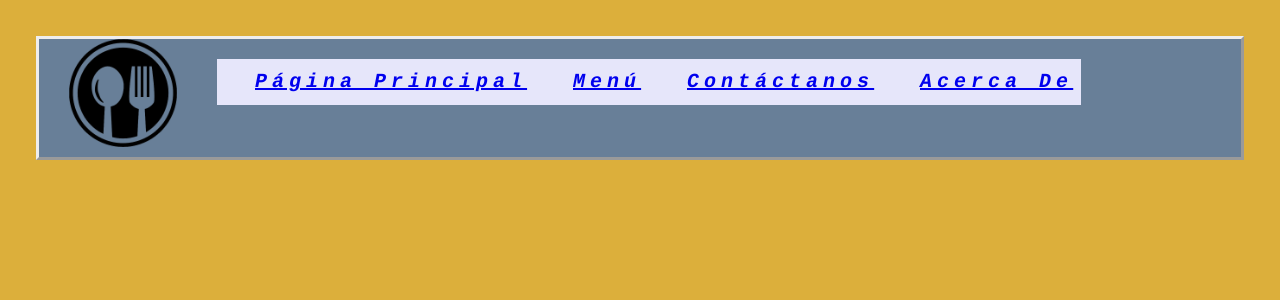
Repository: UVMCoyoacan/eq06_sitio1
Page: Carpeta docs/menu.html
The author's editor kept a copy of each file at every save. The page is drawn from the files as they stood at one save, then again after the next save.
The browser window is 1280 px wide. The pictures show the whole page.

Above is the page before, as saved 2024-03-06 12:02:46.

After the next save:
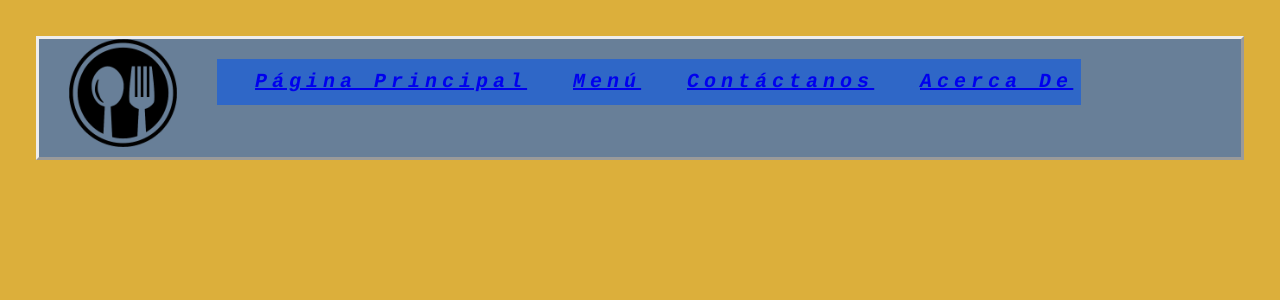
Saved 24 s later.
--- a/Carpeta estilos/estilo1.css
+++ b/Carpeta estilos/estilo1.css
@@ -27,7 +27,7 @@
 li {
     display: inline;
     float: left;
-    background-color:#E6E6FA;
+    background-color:#2764cea2;
     font-size:20px;
     font-family:Courier;
     font-weight:bold;
@@ -44,10 +44,10 @@
 a {
     display: block;
     padding: 8px;
-    background-color:#E6E6FA;
+    background-color:#2764cea2;
   }
 .active {
-    background-color: #E6E6FA;
+    background-color: #2764cea2;
 
   }
 

After the save that followed:
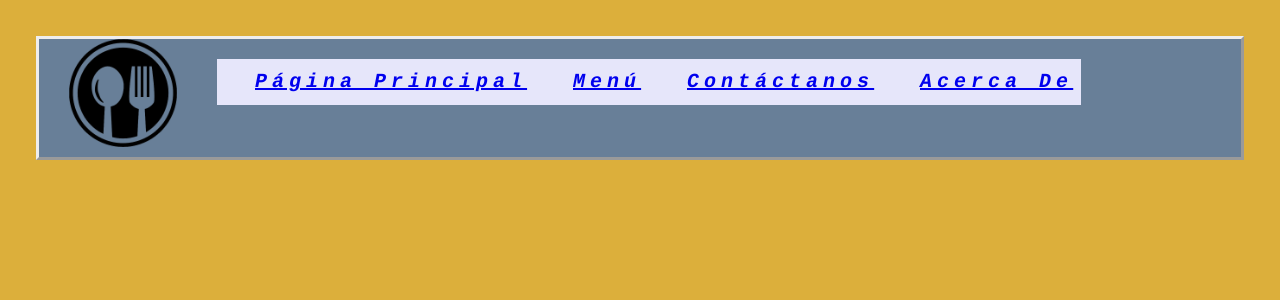
Saved 23 s later.
--- a/Carpeta estilos/estilo1.css
+++ b/Carpeta estilos/estilo1.css
@@ -27,7 +27,7 @@
 li {
     display: inline;
     float: left;
-    background-color:#2764cea2;
+    background-color:#3ea5cba2;
     font-size:20px;
     font-family:Courier;
     font-weight:bold;
@@ -44,10 +44,10 @@
 a {
     display: block;
     padding: 8px;
-    background-color:#2764cea2;
+    background-color:#E6E6FA;
   }
 .active {
-    background-color: #2764cea2;
+    background-color: #E6E6FA;
 
   }
 
